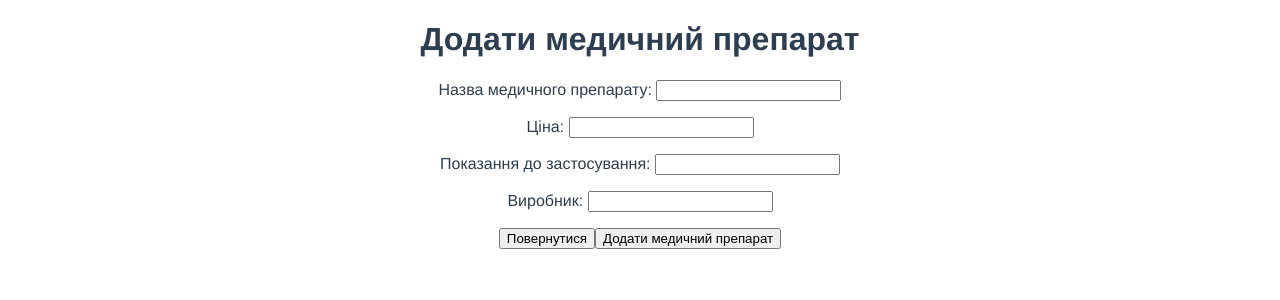
Repository: kristinap8/pharmacy
Page: /add_medicine
An editor plug-in stored every save of this project. The page is shown before and after the next save, followed by the edit.
The browser window is 1280 px wide. The pictures show the whole page.
The project was rebuilt for these pictures with package versions that can differ from the ones it lists, and the page was loaded fresh each time. Also part of the build but not shown: src/components/EditMedicineForm/index.vue, src/pages/EditMedicine/index.vue, src/components/MedicinesList/MedicineCard/index.vue, src/components/MedicinesList/index.vue, src/pages/AllMedicines/index.vue, src/components/CartForm/index.vue, src/pages/Cart/index.vue.

Above is the page before, as saved 2020-12-09 23:38:08.

### src/main.js
import Vue from 'vue'
import App from './App.vue'
import router from "./router"
import store from "./store"

Vue.config.productionTip = false

new Vue({
  store,
  router,
  render: h => h(App),
}).$mount('#app')

### src/App.vue
<template>
  <div id="app">
    <router-view/>
  </div>
</template>

<script>
export default {
  name: "App",
  components: {},
};
</script>

<style>
#app {
  font-family: Avenir, Helvetica, Arial, sans-serif;
  -webkit-font-smoothing: antialiased;
  -moz-osx-font-smoothing: grayscale;
  color: #2c3e50;
}
</style>

### src/router.js
import Vue from "vue";
import VueRouter from "vue-router";
import AddMedicine from "@/pages/AddMedicine";
import EditMedicine from "@/pages/EditMedicine";
import AllMedicines from "@/pages/AllMedicines";
import Cart from "@/pages/Cart";

Vue.use(VueRouter);

const routes=[
    {
        path:'/',
        name:'all-medicines',
        component:AllMedicines
    },
    {
        path:'/edit_medicine/:medicine_id',
        name:'edit-medicine',
        component:EditMedicine
    },
    {
        path:'/add_medicine',
        name:'add-medicine',
        component:AddMedicine
    },
    {
        path:'/cart',
        name:'cart',
        component:Cart
    },

]

const router=new VueRouter({
    mode:"history",
    routes
});

export default router;

### src/store/index.js
import Vue from "vue";
import Vuex from "vuex";
import { v4 as uuid_v4 } from 'uuid'

Vue.use(Vuex)
const store=new Vuex.Store({
    state:{
      medicinesList:[
          {
              id:1,
              name:'Но-шпа',
              price:60.48,
              requirements:"Спазми гладкої мускулатури, пов'язані з захворюваннями біліарного тракту: холецистолітіаз, холангіолітіаз, холецистит, перихолецистит, холангіт, папіліт. Спазми гладкої мускулатури при захворюваннях сечового тракту: нефролітіаз, уретролітіаз, пієліт, цистит, тенезми сечового міхура.",
              maker:"Chinoin (Угорщина)"

          },
          {
            id:2,
            name:"Діазолін",
            price:19.19,
            requirements:"Профілактика і лікування сезонного та алергічного риніту, полінозу, кропив'янки, харчової та медикаментозної алергії, дерматозів, що супроводжуються свербежем шкіри (екзема, нейродерміт).",
            maker:"Фармак ОАО (Україна, Київ)"

        },
        {
            id:3,
            name:"Амоксил",
            price:81.77,
            requirements:"Інфекції органів дихання, сечостатевої системи, травного тракту (у тому числі у комбінації з метронідазолом або кларитроміцином застосовують для лікування захворювань, асоційованих із Helicobacter pylori), шкіри та м’яких тканин, спричинені чутливими до лікарського засобу мікроорганізмами.",
            maker:"Киевмедпрепарат ОАО (Україна, Київ)"

        }
      ],
      cart:[],
      cartItemsCount:0
    },
    mutations:{
        addMedicine(state, data) {
            state.medicinesList.push({
             id: uuid_v4(),
             ...data,
           })
         },
         deleteMedicine(state,id){
             let medicines=state.medicinesList.filter(medicine=>medicine.id!=id)
             state.medicinesList=medicines;
         },
         editMedicine(state,medicine){
             state.medicinesList.forEach(m=>{
                 if(m.id==medicine.id){
                     m=medicine;
                 }
             } )
         },
         addToCart(state,medicine){
            let isMedicineExists=state.cart.find(m => m.id == medicine.id);

            if (isMedicineExists) {
                isMedicineExists.quantity ++;
                isMedicineExists.totalPrice = (isMedicineExists.quantity * isMedicineExists.price).toFixed(2);
            } else {
                state.cart.push(medicine);

                Vue.set(medicine, 'quantity', 1);
                Vue.set(medicine, 'totalPrice', medicine.price);
            }
             state.cartItemsCount++
         },
         deleteItemFromCart(state,medicine){
            let index = state.cart.indexOf(medicine);
            if (index > -1) {
                let item= state.cart[index];
                state.cartItemsCount -= item.quantity;
                state.cart.splice(index, 1);
            }
         }
    },
    actions:{
        addMedicine({ commit }, medicine) {
            commit('addMedicine', medicine)
         },
          deleteMedicine({commit},id){
              commit('deleteMedicine',id)
          },
          editMedicine({commit},medicine){
              commit('editMedicine',medicine)
          },
          addToCart({commit},medicine){
              commit('addToCart',medicine)
          },
          deleteItemFromCart({commit},medicine){
              commit("deleteItemFromCart",medicine)
          }

    },
    getters:{
        getMedicines:(state)=> state.medicinesList,
        getMedicineById:(state)=>(id)=>{return state.medicinesList.find(m=>m.id===id)},
        getMedicinesInCart:(state)=>state.cart,
     },
    modules:{

    }
})

export default store

### src/pages/AddMedicine/index.vue
<template>
    <div>
       <add-medicine-form/>
    </div>
</template>

<script>
import AddMedicineForm from "../../components/AddMedicineForm"
    export default {
        name:"AddMedicine",
        components: {
            AddMedicineForm,
        },
    }
</script>

<style lang="scss" scoped>

</style>

### src/components/AddMedicineForm/index.vue
<template>
    <div class="form">
        <h1>Додати медичний препарат</h1>
      <p class="form-row">
    <label>
        Назва медичного препарату:
        <input type="text" v-model="name"/>
    </label>
    </p>
    <p class="form-row">
    <label>
        Ціна:
        <input type="number" v-model="price"/>
    </label>
    </p>
    <p class="form-row">
    <label>
        Показання до застосування:
        <input type="text" v-model="requirements"/>
    </label>
    </p>
    <p class="form-row">
    <label>
        Виробник:
        <input type="text" v-model="maker"/>
    </label>
    </p>
    <p>
    <router-link to="/" tag="button" >Повернутися</router-link>
    <button @click="onAddMedicine" >
        Додати медичний препарат
    </button>
    </p>
    </div>
</template>

<script>
import { mapActions } from 'vuex'

    export default {
        name:"AddMedicineForm",
        data() {
            return {
            name: null,
            price: null,
            requirements: null,
            maker: null,
            }
        },
        methods: {
            ...mapActions(['addMedicine']),
            onAddMedicine() {
                const{name,price,requirements,maker}=this
                this.addMedicine({
                    name,
                    price,
                    requirements,
                    maker
                })
                this.$router.push('/')
            }
        },
    }
</script>

<style lang="scss" scoped>
.form{
    text-align: center;
    margin: 0 auto;
}


</style>

Loaded but not shown: public/index.html (common file)

After the next save:
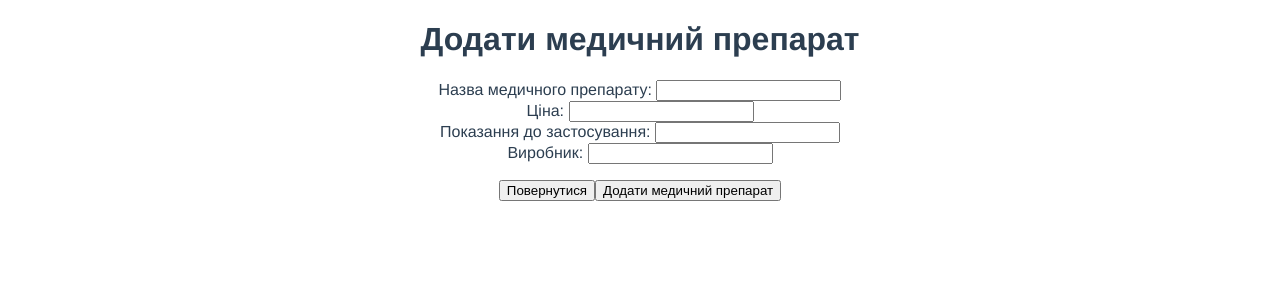
Saved 32 s later.
--- a/src/components/AddMedicineForm/index.vue
+++ b/src/components/AddMedicineForm/index.vue
@@ -66,7 +66,10 @@
 <style lang="scss" scoped>
 .form{
     text-align: center;
-    margin: 0 auto;
+
+}
+.form-row{
+margin: 0 auto;
 }
 
 

After the save that followed:
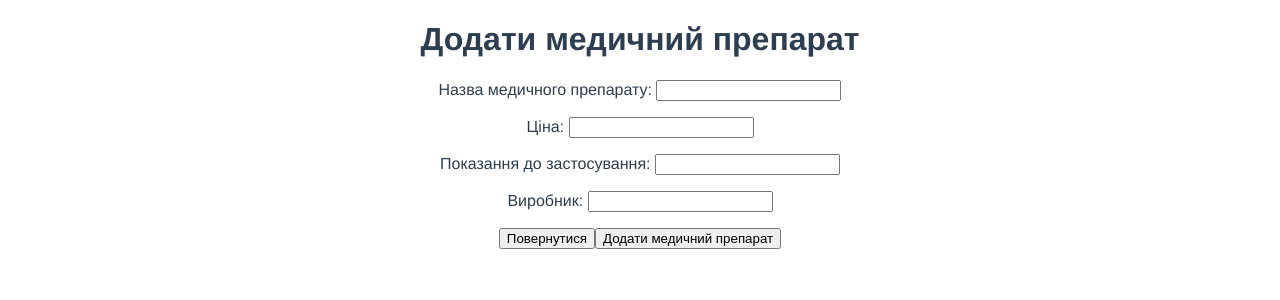
Saved 9 s later.
--- a/src/components/AddMedicineForm/index.vue
+++ b/src/components/AddMedicineForm/index.vue
@@ -69,7 +69,7 @@
 
 }
 .form-row{
-margin: 0 auto;
+margin: 13 auto;
 }
 
 
